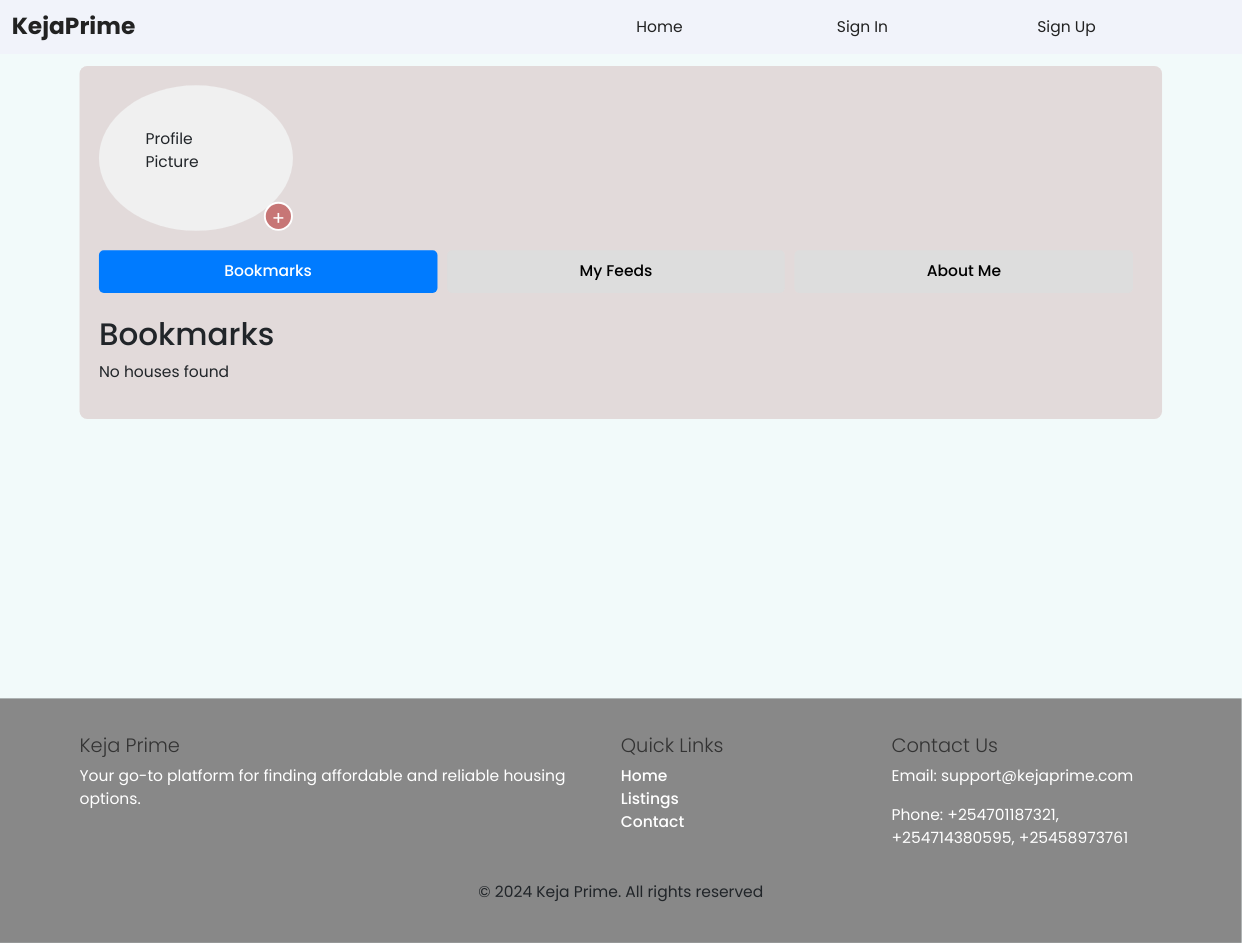
Repository: Pascal7601/kejaPrime
Page: /profile (app in frontend/)
These files come from the project's save history. The page is drawn as it stood at one moment and after a run of saves; the edit follows.
The browser window is 1280 px wide. The pictures show the whole page, at 97% of full size.
The page's requests for data from a server got no answer. The project was rebuilt for these pictures with package versions that can differ from the ones it lists, and the page was loaded fresh each time. No one was signed in, and anything a server would have sent is missing. Also part of the build but not shown: frontend/vite.config.js, frontend/src/styles/HeroSection.css, frontend/src/components/HeroSection.jsx, frontend/src/pages/Home.jsx, frontend/src/components/Houses.jsx, frontend/src/pages/Listings.jsx, frontend/src/styles/PostHouse.css, frontend/src/pages/PostHouse.jsx and 10 more.

Above is the page before, as saved 2024-10-22 14:35:09.

After the next 3 saves:
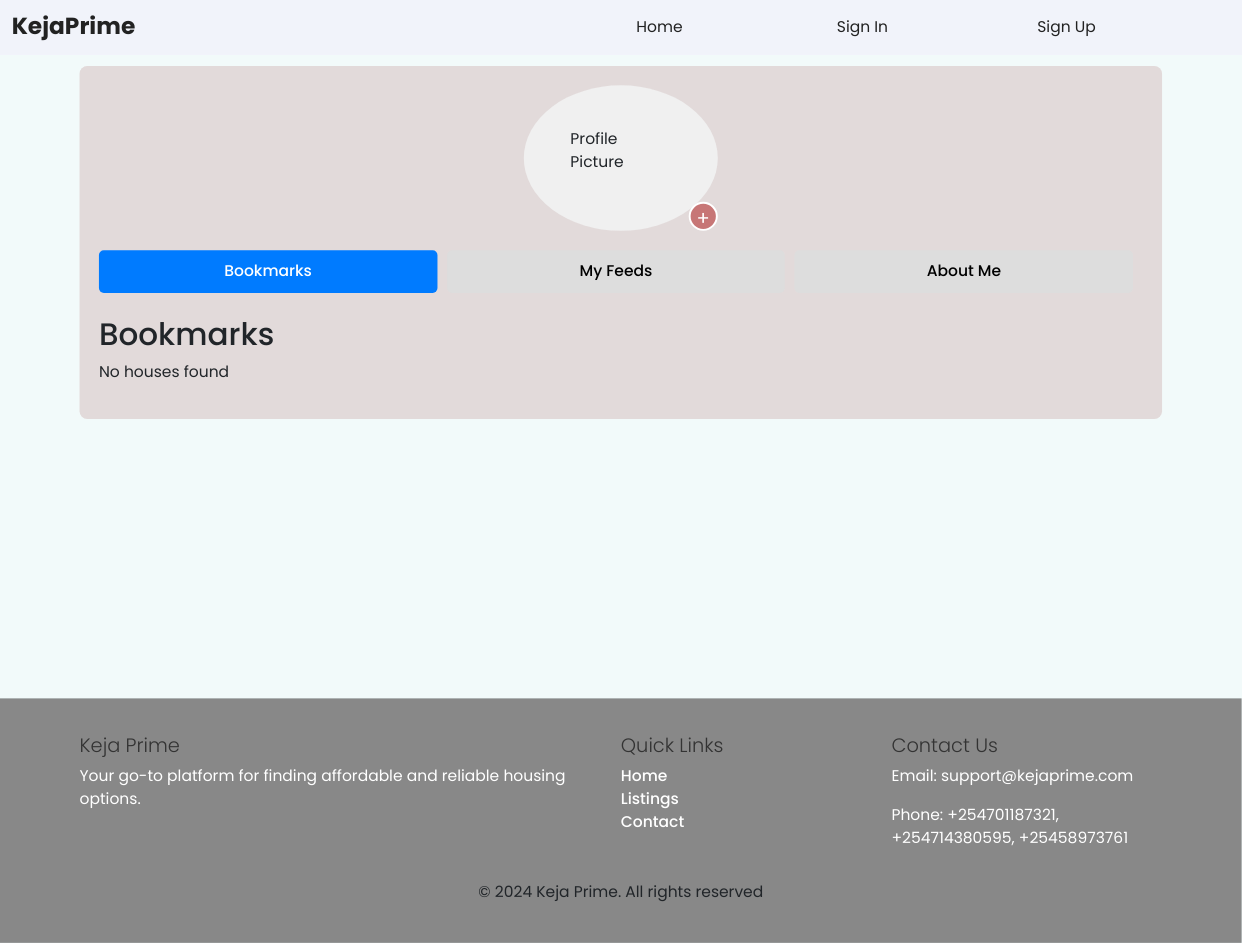
The 3 saves are shown as one change because they came seconds apart.
The last was saved 39 s later.
--- a/frontend/src/styles/Profile.css
+++ b/frontend/src/styles/Profile.css
@@ -60,6 +60,7 @@
   position: relative;
   width: 200px; /* Adjust the size as needed */
   height: 150px; /* Adjust the size as needed */
+  margin:auto;
 }
 .profile-picture {
   width: 100%;

After the save that followed:
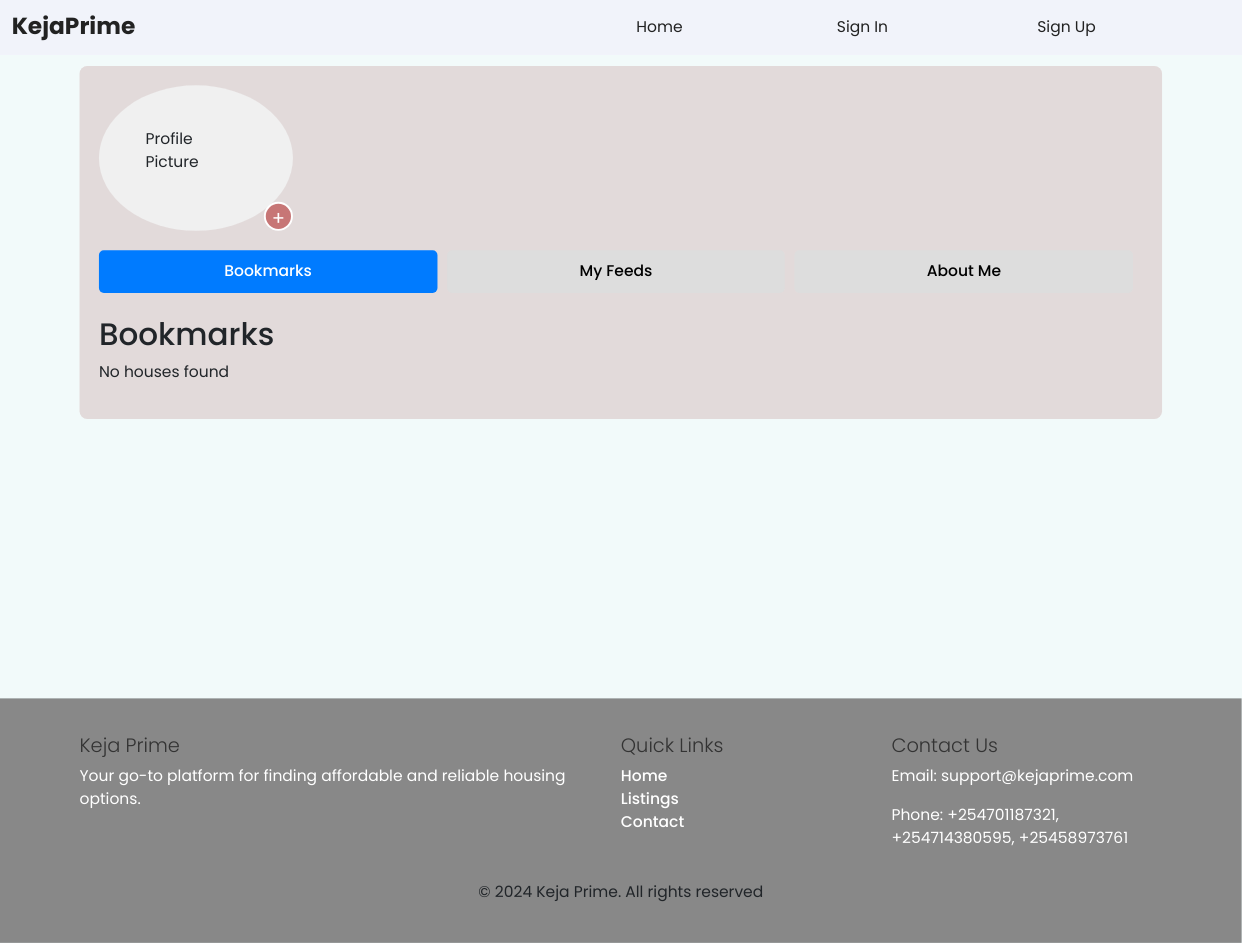
Saved 11 s later.
--- a/frontend/src/styles/Profile.css
+++ b/frontend/src/styles/Profile.css
@@ -60,7 +60,6 @@
   position: relative;
   width: 200px; /* Adjust the size as needed */
   height: 150px; /* Adjust the size as needed */
-  margin:auto;
 }
 .profile-picture {
   width: 100%;
